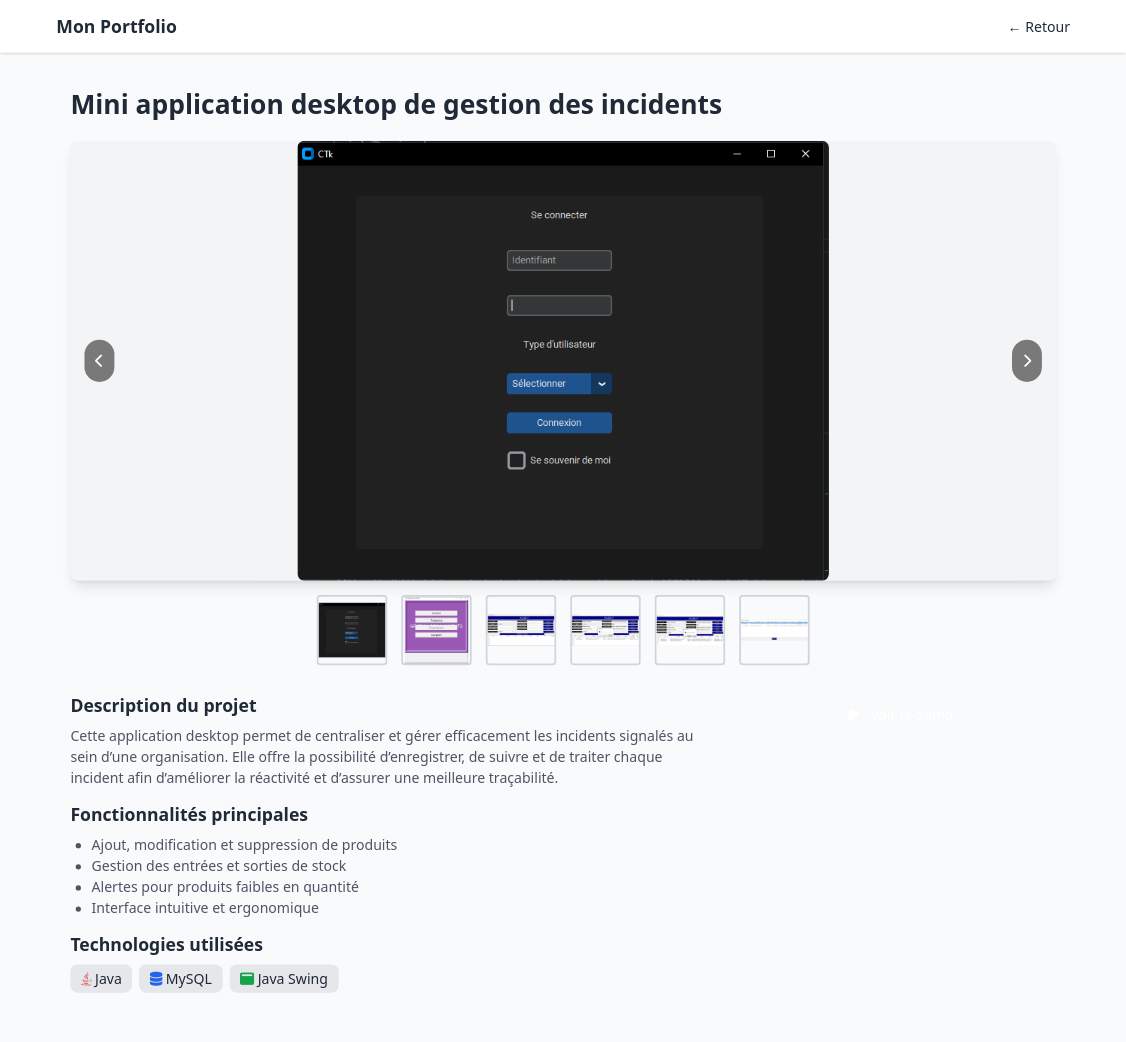
Repository: Edongo999/landry-portfolio
Page: projet-gestion-incidents.html
The author's editor kept a copy of each file at every save. The page is drawn from the files as they stood at one save, then again after the next save.
The browser window is 1280 px wide. The pictures show the whole page, at 88% of full size.
Some web libraries are served in a nearby version.

Above is the page before, as saved 2025-09-14 01:28:07.

After the next save:
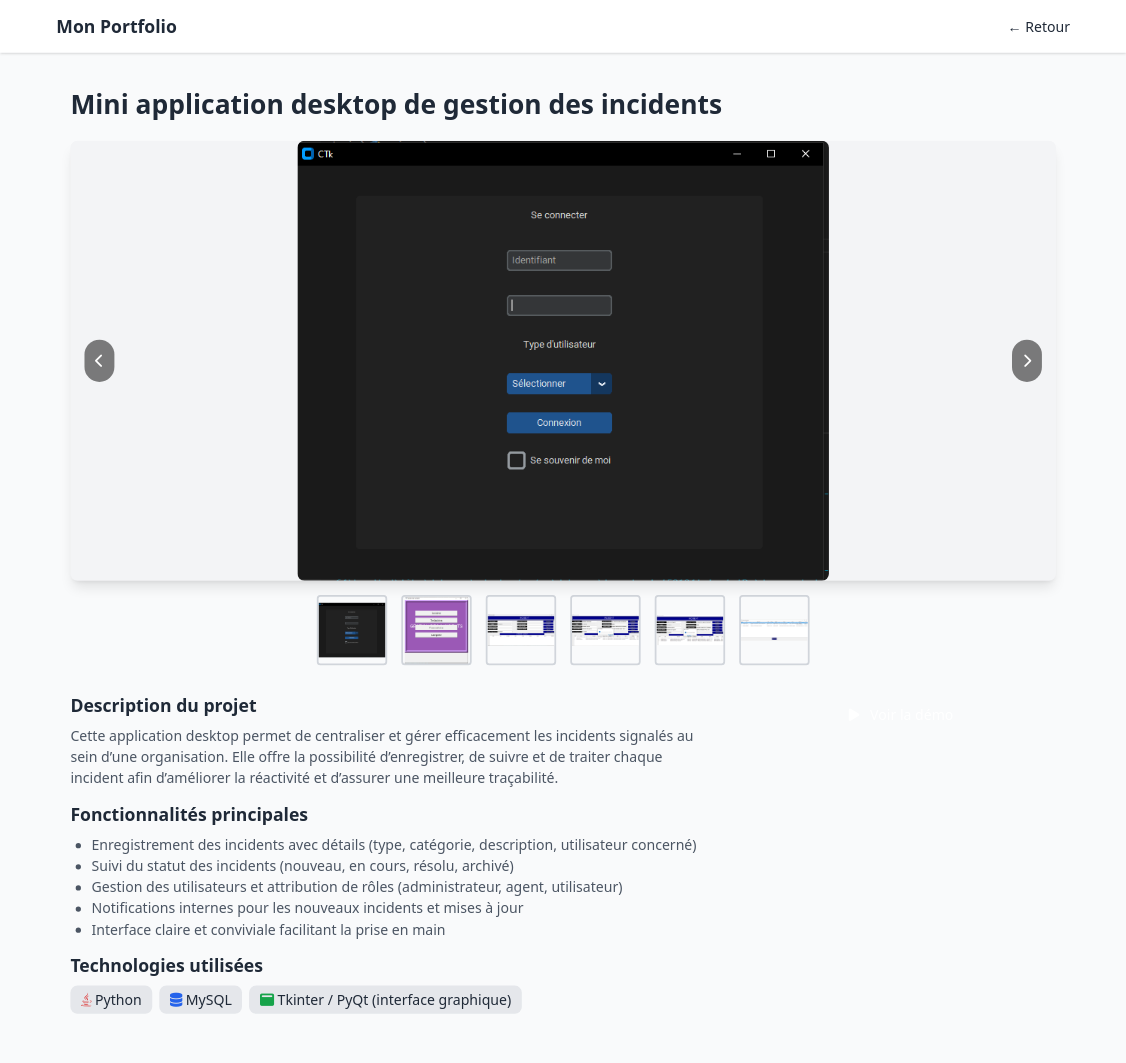
Saved 3 min 17 s later.
--- a/projet-gestion-incidents.html
+++ b/projet-gestion-incidents.html
@@ -51,22 +51,24 @@
         </p>
         <h3 class="text-xl font-semibold mb-2">Fonctionnalités principales</h3>
         <ul class="list-disc pl-6 text-gray-600 mb-4">
-          <li>Ajout, modification et suppression de produits</li>
-          <li>Gestion des entrées et sorties de stock</li>
-          <li>Alertes pour produits faibles en quantité</li>
-          <li>Interface intuitive et ergonomique</li>
+          <li>Enregistrement des incidents avec détails (type, catégorie, description, utilisateur concerné)</li>
+          <li>Suivi du statut des incidents (nouveau, en cours, résolu, archivé)</li>
+          <li>Gestion des utilisateurs et attribution de rôles (administrateur, agent, utilisateur)</li>
+          <li>Notifications internes pour les nouveaux incidents et mises à jour</li>
+          <li>Interface claire et conviviale facilitant la prise en main</li>
         </ul>
+
 
         <h3 class="text-xl font-semibold mb-2">Technologies utilisées</h3>
         <div class="flex flex-wrap gap-2 mb-4">
           <span class="flex items-center gap-1 px-3 py-1 bg-gray-200 rounded-lg">
-            <i class="fab fa-java text-red-600"></i> Java
+            <i class="fab fa-java text-red-600"></i> Python
           </span>
           <span class="flex items-center gap-1 px-3 py-1 bg-gray-200 rounded-lg">
             <i class="fas fa-database text-blue-600"></i> MySQL
           </span>
           <span class="flex items-center gap-1 px-3 py-1 bg-gray-200 rounded-lg">
-            <i class="fas fa-window-maximize text-green-600"></i> Java Swing
+            <i class="fas fa-window-maximize text-green-600"></i> Tkinter / PyQt (interface graphique)
           </span>
         </div>
       </div>
